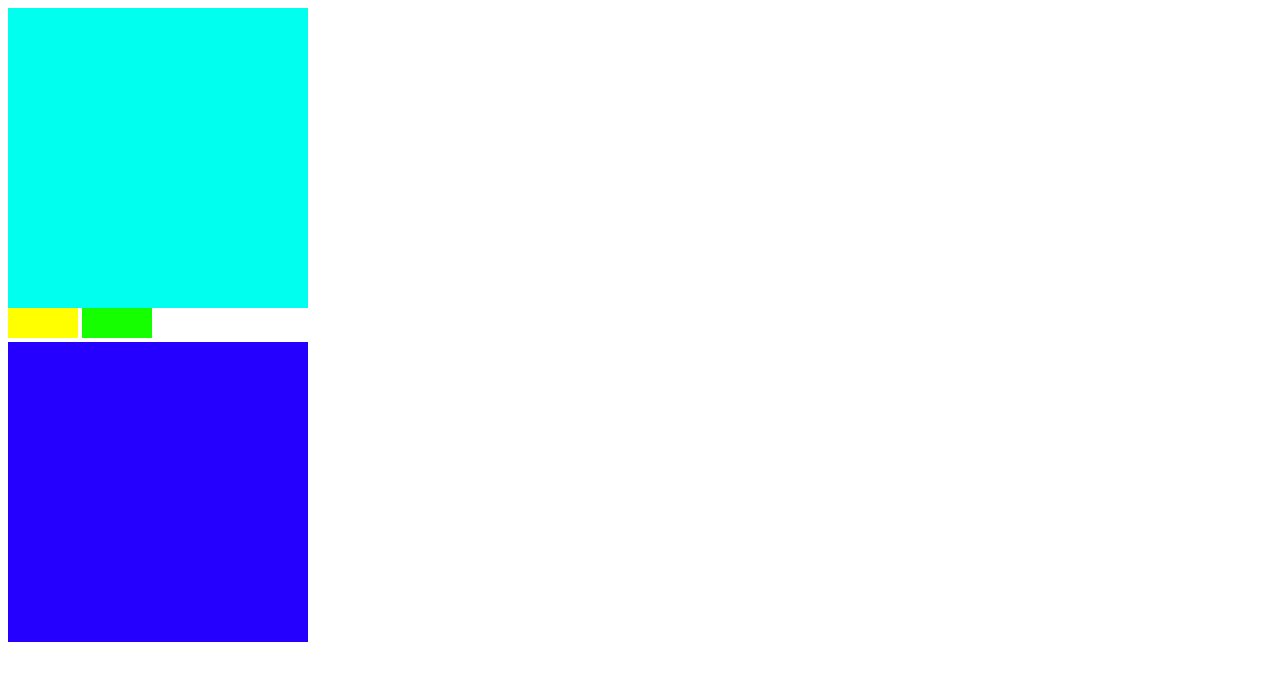
Repository: Divineridh/LPPAChallenges
Page: Trabajos en Clase/ejercicio clase 04-2/index.html
An editor plug-in stored every save of this project. The page is shown before and after the next save, followed by the edit.
The browser window is 1280 px wide. The pictures show the whole page.

Above is the page before, as saved 2022-04-26 20:57:20.

### Trabajos en Clase/ejercicio clase 04-2/index.html
<!DOCTYPE html>
<html lang="en">
<head>
    <meta charset="UTF-8">
    <meta http-equiv="X-UA-Compatible" content="IE=edge">
    <meta name="viewport" content="width=device-width, initial-scale=1.0">
    <link href="/styles.css" rel="stylesheet">
    <title>Document</title>
</head>
<body>
    <div class="container">
        <div class="square1 squares">

        </div>
        <div class="mini1 minis">

        </div>
        <div class="mini2 minis">

        </div>
        <div class="square2 squares">

        </div>
    </div>
</body>
</html>

### Trabajos en Clase/ejercicio clase 04-2/styles.css
.container {
    width: 301px;
    height: 100%;
}

.square1 {
    background-color: #00ffee;
}

.square2 {
    background-color: #2600ff;
}

.squares {
    display: relative;
    width: 300px;
    height: 300px;
}

.mini1 {
    background-color: #ffff00;
}

.mini2 {
    background-color: #15ff00;
}

.minis {
    display: inline-block;
    width: 70px;
    height: 30px;
}

After the next save:
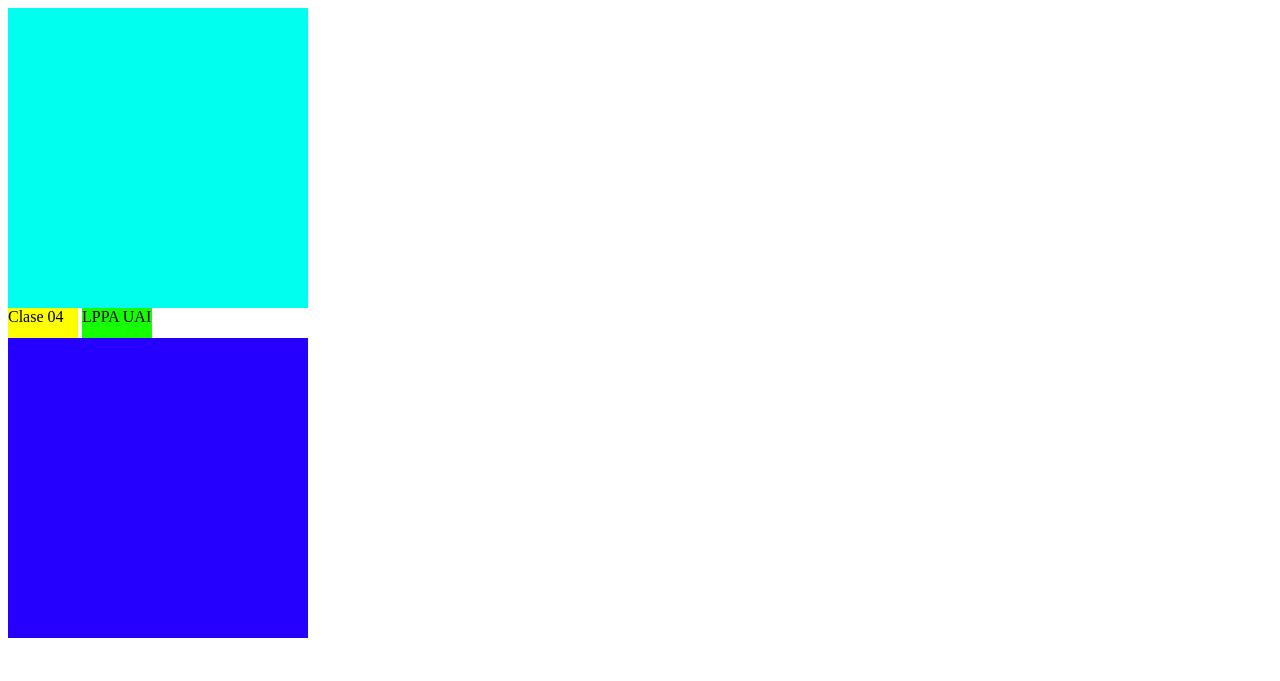
Saved 41 s later.
--- a/Trabajos en Clase/ejercicio clase 04-2/index.html
+++ b/Trabajos en Clase/ejercicio clase 04-2/index.html
@@ -13,10 +13,10 @@
 
         </div>
         <div class="mini1 minis">
-
+            Clase 04
         </div>
         <div class="mini2 minis">
-
+            LPPA UAI
         </div>
         <div class="square2 squares">
 
